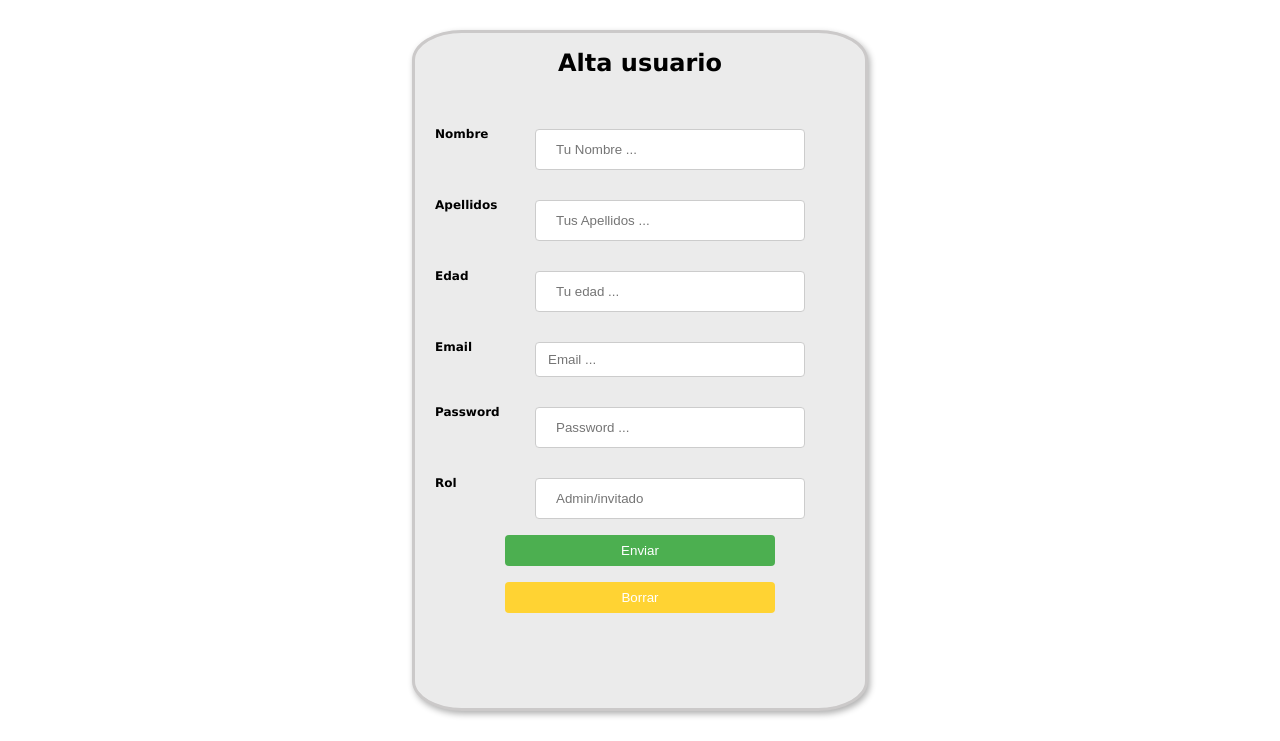
Repository: nachmz42/ProyectoJoker
Page: http://localhost/Joker/añadirusuario.jsp
The author's editor kept a copy of each file at every save. The page is drawn from the files as they stood at one save, then again after the next save.
The browser window is 1280 px wide. The pictures show the whole page.
The page is served by Tomcat 9. Other server files are loaded and not shown.

Above is the page before, as saved 2021-07-02 10:34:05.

### Joker/src/main/webapp/añadirusuario.jsp
<%@ page language="java" contentType="text/html; charset=ISO-8859-1"
    pageEncoding="ISO-8859-1"%>
<!DOCTYPE html>
<html>
<head>
<meta charset="ISO-8859-1">
<title>Insert title here</title>
<link rel="stylesheet" href="STYLE/css/añadiruuario.css"></link>
</head>
<body>

<div class= "testbox">

	<h1>Alta usuario</h1>
  	<form action="/Joker/ServletAltausuario" method="post"><br>


    <label for="nombre" id="1">Nombre</label><br>
    <input type="text" id="nombre" name="nombre" placeholder="Tu Nombre ..."  required><br>

    <label for="apellidos"  >Apellidos</label><br>
    <input type="text" id="apellidos" name="apellidos" placeholder="Tus Apellidos ..." required><br>


    <label for="edad" id="1">Edad</label><br>
    <input type="text" id="edad" name="edad" placeholder="Tu edad ..."  required  ><br>


    <label for="email" id="1">Email</label><br>
    <input type="email" id="email" name="email" placeholder="Email ..."  required>
     <i class="icon-user"></i><br>


    <label for="password" id="1" >Password</label><br>
    <input type="text" id="password" name="password" placeholder="Password ..."  required>  <br>

    <label for="rol" id="1" >Rol</label><br>
    <input type="text" id="rol" name="rol" placeholder="Admin/invitado"  required  >  <br>


    <input type="submit" value="Enviar"><br>
    <input type="reset" value="Borrar"><br>

  </form>

</div>

</body>
</html>

### Joker/src/main/webapp/STYLE/css/añadiruuario.css
@charset "ISO-8859-1";



input[type=text], select {
	width: 60%;
	padding: 12px 20px;
	margin: 8px 0;
	display: inline-block;
	border: 1px solid #ccc;
	border-radius: 4px;
	box-sizing: border-box;
}

input[type=email], select {
	width: 60%;
	padding: 9px 12px;
	margin: 8px 0;
	display: inline-block;
	border: 1px solid #ccc;
	border-radius: 4px;
	box-sizing: border-box;
}

input[type=submit] {
	width: 60%;
	background-color: #4CAF50;
	color: white;
	padding: 8px 0px;
	margin: 8px 0;
	border: none;
	border-radius: 4px;
	cursor: pointer;
}

input[type=reset] {
	width: 60%;
	background-color: #FFD333;
	color: white;
	padding: 8px 0px;
	margin: 8px 0;
	border: none;
	border-radius: 4px;
	cursor: pointer;
}


.testbox {
	margin: 30px auto;
	width: 450px;
	height: 675px;
	-webkit-border-radius: 50px/30px;
	-moz-border-radius: 50px/30px;
	border-radius: 50px/30px;
	background-color: #ebebeb;
	-webkit-box-shadow: 2px 3px 6px rgba(0, 0, 0, .31);
	-moz-box-shadow: 2px 3px 6px rgba(0, 0, 0, .31);
	box-shadow: 2px 3px 6px rgba(0, 0, 0, .31);
	border: solid 3px #cbc9c9;
	Text-align: center;
	font: normal bold 12px Verdana, Arial;
}

label {

  float: left;
  margin: 20px;
  width: 20px;




}

After the next save:
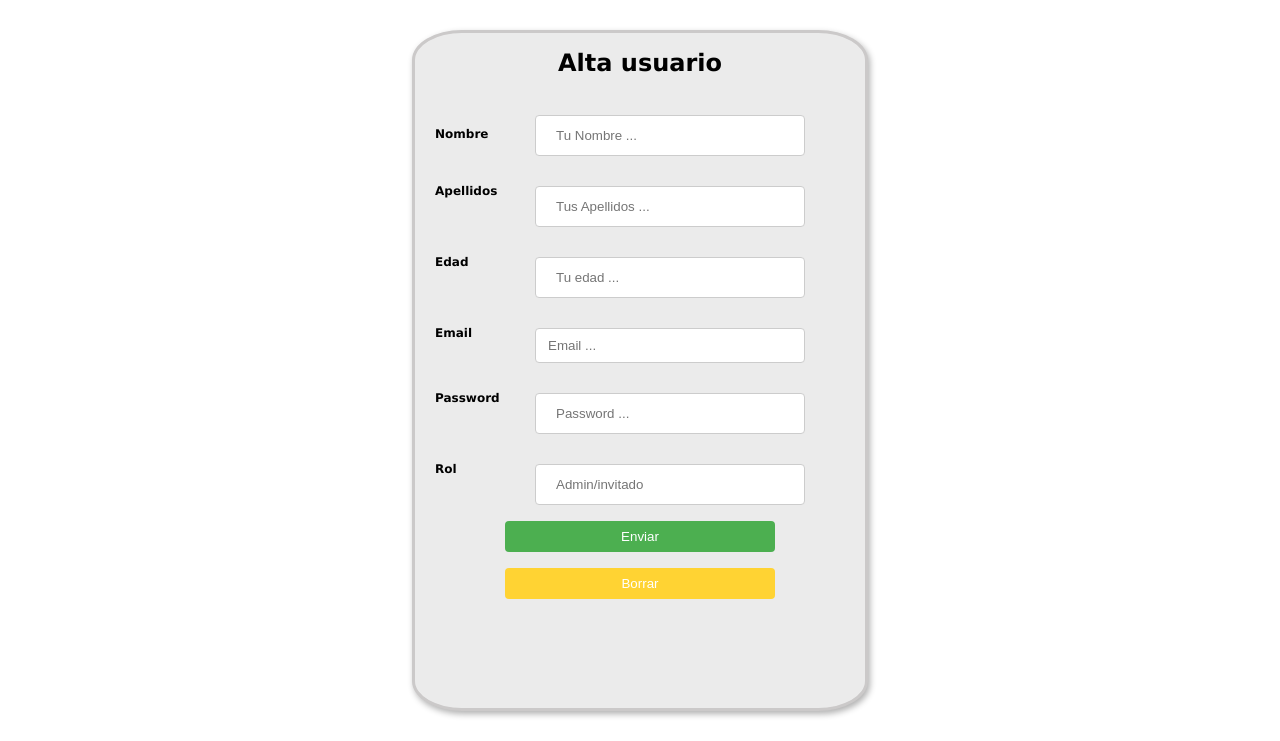
Saved 33 s later.
--- a/Joker/src/main/webapp/añadirusuario.jsp
+++ b/Joker/src/main/webapp/añadirusuario.jsp
@@ -15,7 +15,7 @@
   	<form action="/Joker/ServletAltausuario" method="post"><br>
 
 
-    <label for="nombre" id="1">Nombre</label><br>
+    <label for="nombre" id="1">Nombre</label>
     <input type="text" id="nombre" name="nombre" placeholder="Tu Nombre ..."  required><br>
 
     <label for="apellidos"  >Apellidos</label><br>

After the save that followed:
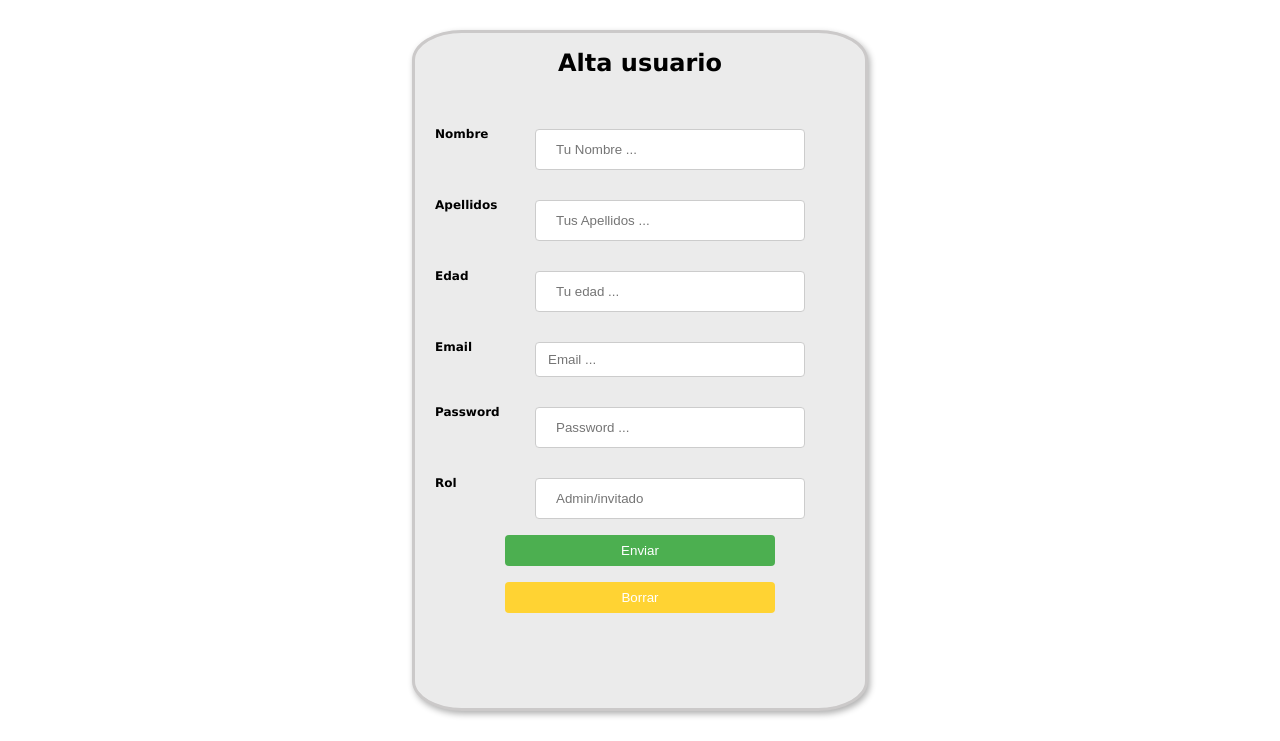
Saved 32 s later.
--- a/Joker/src/main/webapp/añadirusuario.jsp
+++ b/Joker/src/main/webapp/añadirusuario.jsp
@@ -15,7 +15,7 @@
   	<form action="/Joker/ServletAltausuario" method="post"><br>
 
 
-    <label for="nombre" id="1">Nombre</label>
+    <label for="nombre" id="1">Nombre</label><br>
     <input type="text" id="nombre" name="nombre" placeholder="Tu Nombre ..."  required><br>
 
     <label for="apellidos"  >Apellidos</label><br>
